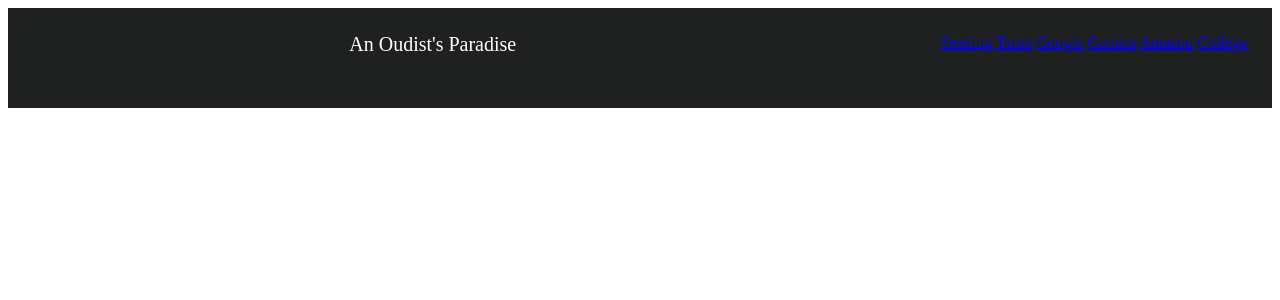
Repository: robvollmar/homework3
Page: index.html
The author's editor kept a record of every edit. The page is drawn from the files as they stood at one moment, then again after the next edit.
The browser window is 1280 px wide. The pictures show the whole page.

Above is the page before.

After the next edit:
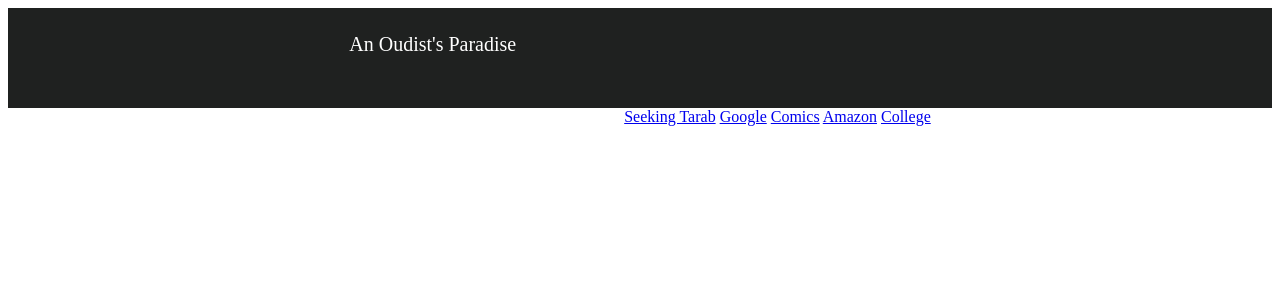
The edit:
--- a/stylesheet.css
+++ b/stylesheet.css
@@ -21,7 +21,7 @@
     height: 25px;
     color: white;
     float: right;
-    margin-right: 2%;
+    margin-right: 27%;
     margin-top:25px;
     margin-bottom:25px;
         }
